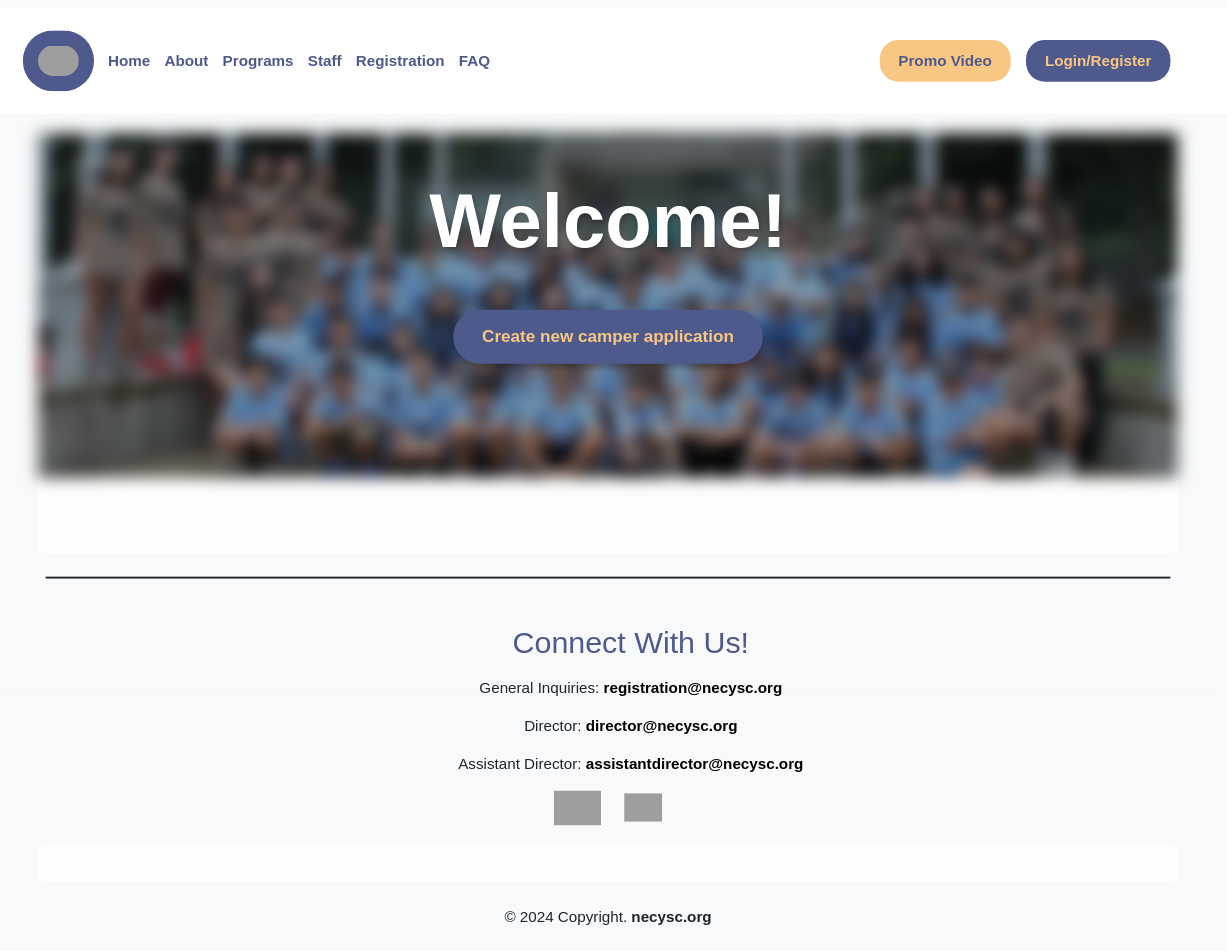
Repository: fullstackatbrown/project-necysc
Page: necysc_app/templates/necysc_app/applicant/index.html
These files come from the project's save history. The page is drawn as it stood at one moment and after the next save; the edit follows.
The browser window is 1280 px wide. The page is 1292 px wide, so the pictures cover 1292 px, including what lies to the right of the window. The pictures show the whole page, at 95% of full size.
Pictures or frames that could not be fetched are drawn as grey boxes. Some web fonts or font styles are not loaded; a fallback is used. The template is drawn by Django 5.2. The application's start-up code is not run. The template is opened directly, without the code that normally fills it, so the values that code supplies are empty.

Above is the page before, as saved 2024-12-04 03:18:48.

After the next save:
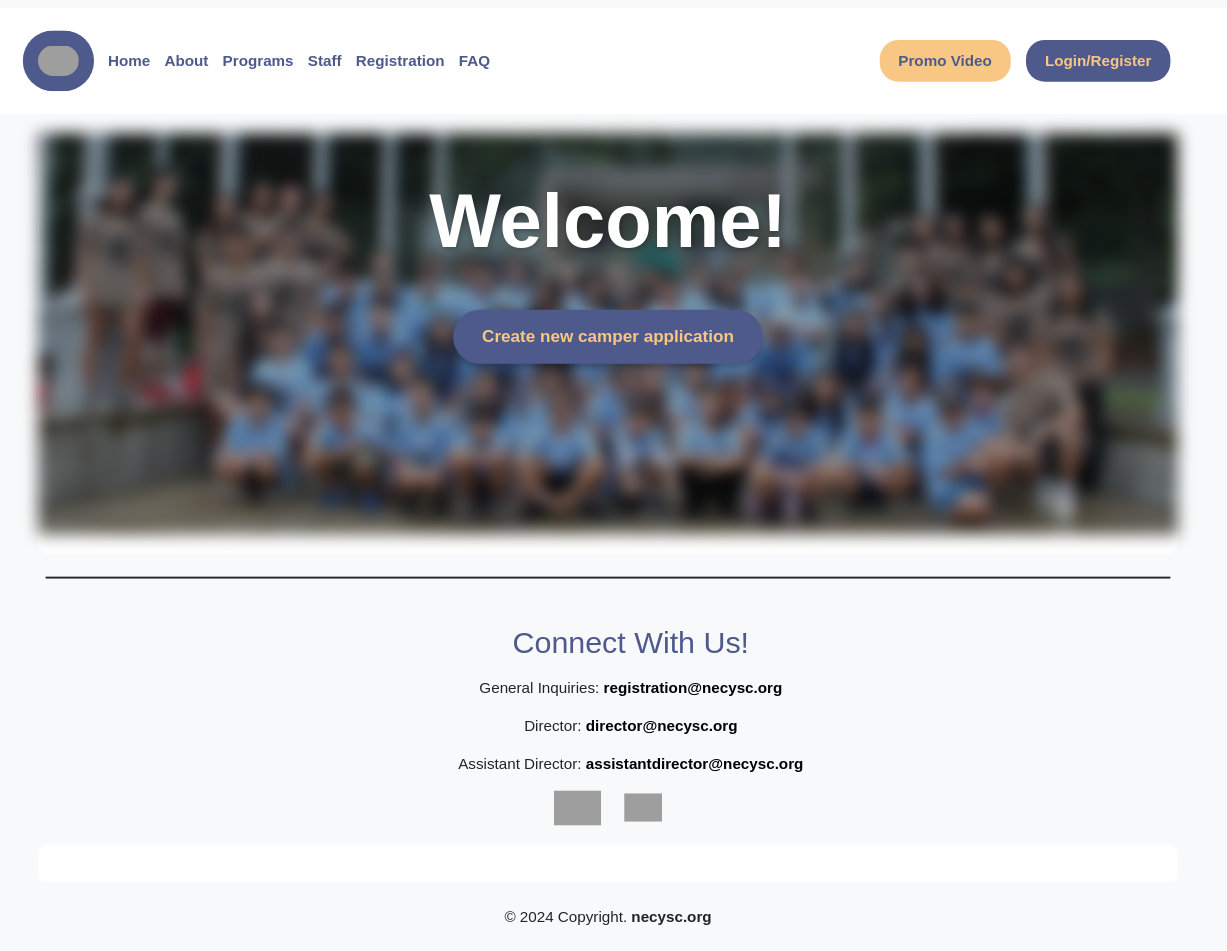
Saved 5 s later.
--- a/necysc_app/templates/necysc_app/applicant/index.html
+++ b/necysc_app/templates/necysc_app/applicant/index.html
@@ -21,7 +21,7 @@
         top: 0;
         left: 0;
         width: 100%;
-        height: calc(100% - 80px);
+        height: calc(100% - 20px);
         z-index: -1;
         background-image: url("{% static 'necysc_app/images/necyscbannerimage.jpg' %}");
         background-size: cover;
